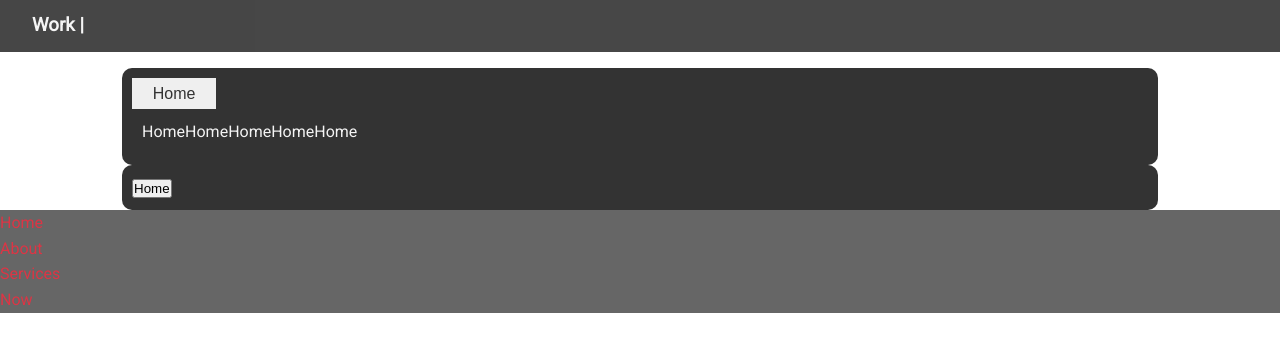
Repository: mxhdiqaim/lenviteck
Page: dist/index.html
An editor plug-in stored every save of this project. The page is shown before and after the next save, followed by the edit.
The browser window is 1280 px wide. The pictures show the whole page.
The first visible `.works-list button` is being pressed.
Some web libraries are served in a nearby version. The style sheet was rebuilt from its Sass, Less or Tailwind sources for each picture, by a compiler version that may differ from the author's.

Above is the page before, as saved 2021-04-11 22:49:08.

### dist/index.html
<!DOCTYPE html>
<html lang="en">
<head>
    <meta charset="UTF-8">
    <meta http-equiv="X-UA-Compatible" content="IE=edge">
    <meta name="viewport" content="width=device-width, initial-scale=1.0">
    <link rel="stylesheet" href="./styles/main.css">
    <link rel="stylesheet" href="https://pro.fontawesome.com/releases/v5.10.0/css/all.css"
    integrity="sha384-AYmEC3Yw5cVb3ZcuHtOA93w35dYTsvhLPVnYs9eStHfGJvOvKxVfELGroGkvsg+p" crossorigin="anonymous" />
    <title>Shop Work</title>
</head>
<body>

  <section class="content">
    <nav class="navbar bg-dark">
        <div class="logo">
            <h1>Work <span>|</span></h1>
        </div>
    </nav>


    <section class="container">
       <div class="works-list">
           <button class="btn btn-dark">Home</button>
           <ul>
               <li>Home</li>
               <li>Home</li>
               <li>Home</li>
               <li>Home</li>
               <li>Home</li>
           </ul>
       </div>
       <div class="works-list">
        <button>Home</button>
        <ul>
            <li>Home</li>
            <li>Home</li>
            <li>Home</li>
            <li>Home</li>
            <li>Home</li>
        </ul>
    </div>
    </section>
</section>
    <footer>
        <ul>
            <li><a href="#">Home</a></li>
            <li><a href="#">About</a></li>
            <li><a href="#">Services</a></li>
            <li><a href="#">Now</a></li>
        </ul>
    </footer>
</body>
</html>

### dist/styles/main.scss
// Import
@import url('https://fonts.googleapis.com/css?family=Roboto');

// Global variables
$primary-color: #dc3545;
$dark-color: #333333;
$light-color: #f4f4f4;
$danger-color: #dc3545;
$success-color: #28a745;

* {
  padding: 0;
  margin: 0;
  box-sizing: border-box;
}

body {
  font-family: 'Roboto', sans-serif;
  font-size: 1rem;
  line-height: 1.6;
  background-color: #fff;
  color: #333;
}

a {
  color: $primary-color;
  text-decoration: none;

  &:hover {
    color: #666;
  }
}

ul {
  list-style: none;
}

img {
  width: 100%;
}

.container {
  max-width: 1100px;
  margin: auto;
  overflow: hidden;
  padding: 0 2rem;
  cursor: pointer;

  div {
    padding: 10px;
    background: $dark-color;
    color: $light-color   ;
    border-radius: 10px;

    ul {
      transition: display 1s ease;
      padding: 10px;
      display: none;
      }
    }
}

.works-list button:active + ul {
  display: flex !important;

}


// cards

.card {
  padding: 1rem;
  border: #ccc 1px dotted;
  margin: 0.7rem 0;
}

.btn {
  display: inline-block;
  background: light-color;
  color: #333;
  padding: 0.4rem 1.3rem;
  font-size: 1rem;
  border: none;
  cursor: pointer;
  margin-right: 0.5rem;
  transition: opacity 0.2s ease-in;
  outline: none;
}




.navbar {
  display: flex;
  justify-content: space-between;
  align-items: center;
  padding: 0.7rem 2rem;
  z-index: 1;
  width: 100%;
  background: $dark-color;
  opacity: 0.9;
  color: $light-color;
  margin-bottom: 1rem;
}

.navbar ul {
  display: flex;
}

.navbar a {
  color: #fff;
  padding: 0.45rem;
  margin: 0 0.25rem;
}

.navbar a:hover {
  color: $light-color;
}


// Footer
footer {
  background: lighten($dark-color, 20);
 display: flex;
}

After the next save:
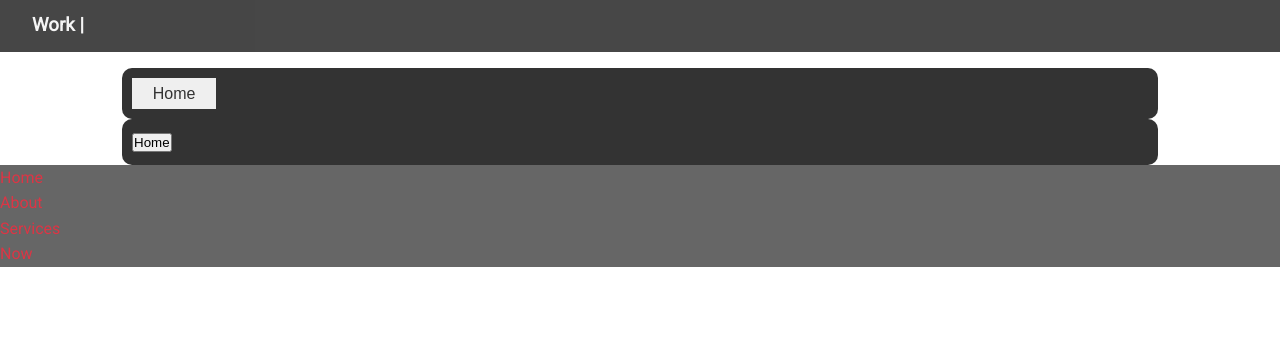
Saved 35 s later.
--- a/dist/styles/main.scss
+++ b/dist/styles/main.scss
@@ -60,7 +60,7 @@ img {
     }
 }
 
-.works-list button:active + ul {
+.works-list button:focus + ul {
   display: flex !important;
 
 }
